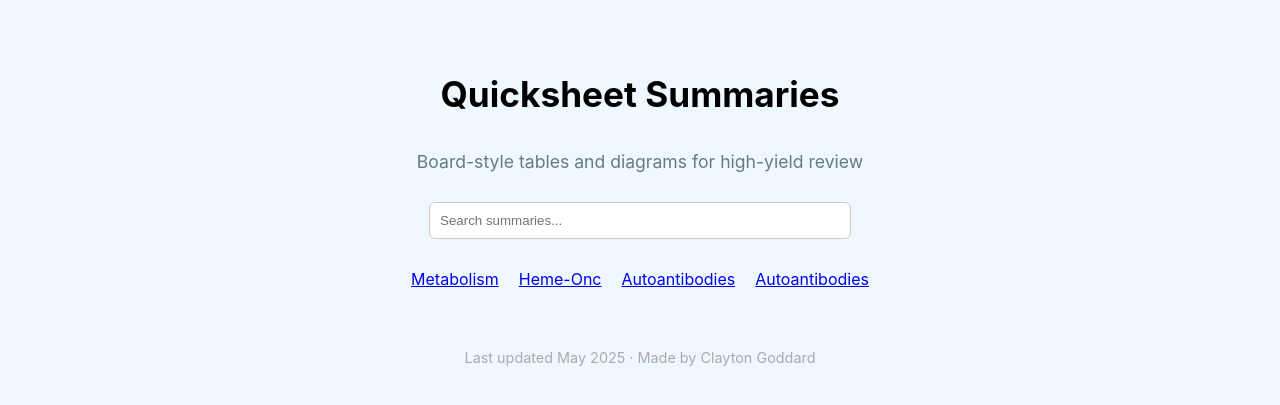
Repository: sharperdragon/STEVEL-1-Summaries
Page: index.html
An editor plug-in stored every save of this project. The page is shown before and after a run of saves, followed by the edit.
The browser window is 1280 px wide. The pictures show the whole page.

Above is the page before, as saved 2025-05-19 13:19:56.

After the next 7 saves:
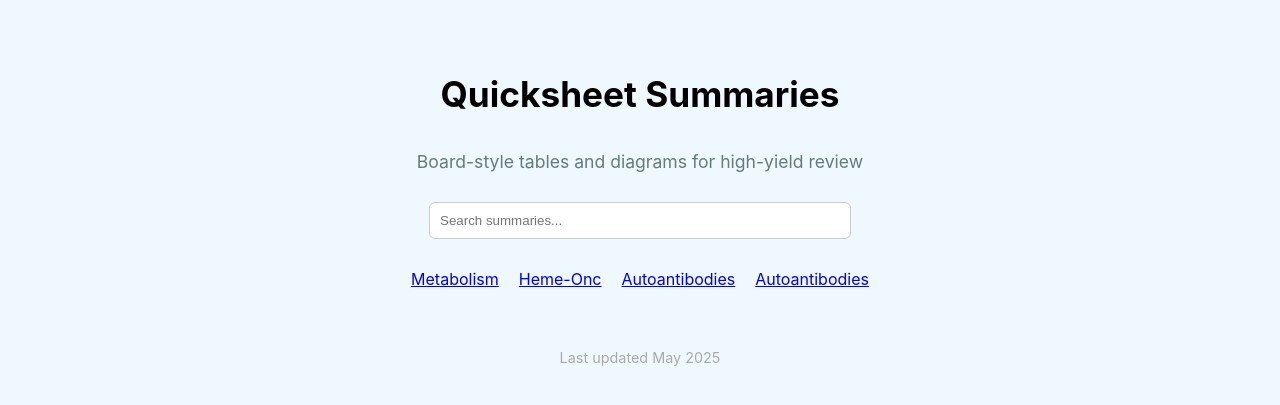
The 7 saves are shown as one change because they came seconds apart.
The last was saved 41 s later.
--- a/index.html
+++ b/index.html
@@ -27,5 +27,7 @@
 </body>
 
 <footer style="text-align: center; margin-top: 60px; font-size: 0.9em; color: #aaa;">
-  Last updated May 2025 · Made by Clayton Goddard
+  Last updated May 2025
 </footer>
+
+<script</script>
